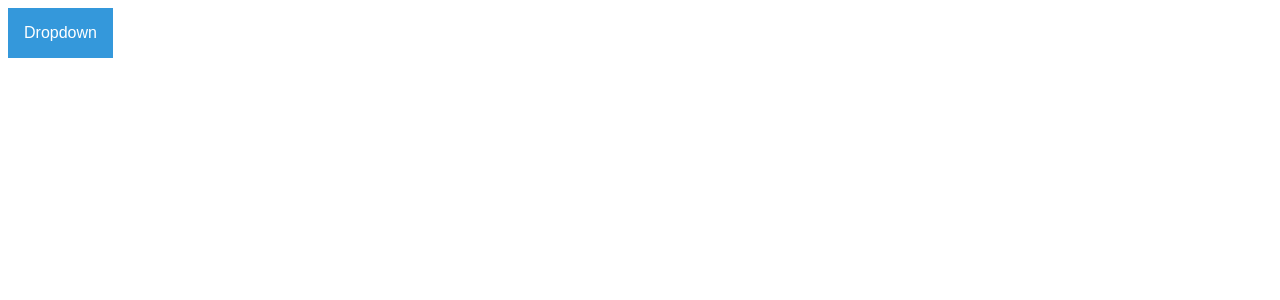
Repository: sabadia/task
Page: dropDown.html
The author's editor kept a copy of each file at every save. The page is drawn from the files as they stood at one save, then again after the next save.
The browser window is 1280 px wide. The pictures show the whole page.

Above is the page before, as saved 2020-04-26 15:22:42.

### dropDown.html
<!DOCTYPE html>
<html>
<head>
<style>
.dropbtn {
  background-color: #3498DB;
  color: white;
  padding: 16px;
  font-size: 16px;
  border: none;
  cursor: pointer;
}



.dropdown {
  position: relative;
  display: inline-block;
}

.dropdown-content {
  display: none;
  position: absolute;
  background-color: #f1f1f1;
  min-width: 160px;
  overflow: auto;
  box-shadow: 0px 8px 16px 0px rgba(0,0,0,0.2);
  z-index: 1;
}

.dropdown-content a {
  color: black;
  padding: 12px 16px;
  text-decoration: none;
  display: block;
}

.dropdown a:hover {background-color: #ddd;}

.show {display: block;}
</style>
</head>
<body>

<div class="dropdown">
  <button onclick="myFunction()" class="dropbtn">Dropdown</button>
  <div id="myDropdown" class="dropdown-content">
    <a href="#home">Home</a>
    <a href="#about">About</a>
    <a href="#contact">Contact</a>
  </div>
</div>

<script>

function myFunction() {
  document.getElementById("myDropdown").classList.toggle("show");
}

window.onclick = function(event) {
  if (!event.target.matches('.dropbtn')) {
    var dropdowns = document.getElementsByClassName("dropdown-content");
    var i;
    for (i = 0; i < dropdowns.length; i++) {
        var openDropdown = dropdowns[i];
        if (openDropdown.classList.contains('show')) {
        openDropdown.classList.remove('show');
        }
    }
  }
}
</script>

</body>
</html>

After the next save:
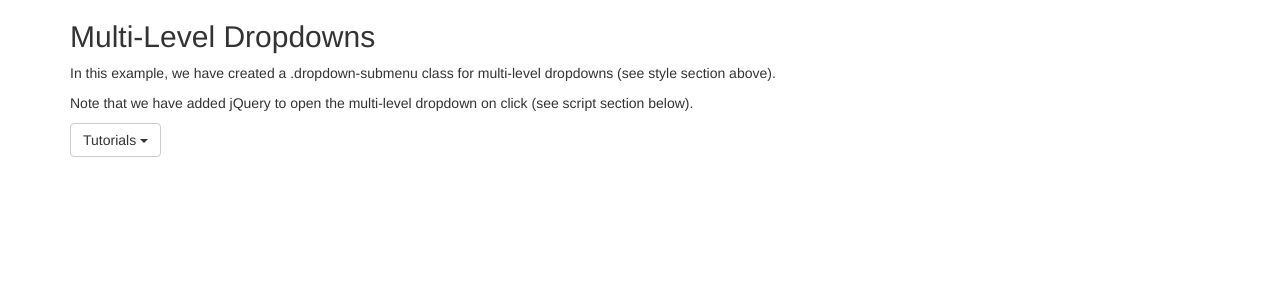
Saved 74 s later.
--- a/dropDown.html
+++ b/dropDown.html
@@ -1,74 +1,60 @@
 <!DOCTYPE html>
 <html>
 <head>
+  <meta name="viewport" content="width=device-width, initial-scale=1">
+  <link rel="stylesheet" href="https://maxcdn.bootstrapcdn.com/bootstrap/3.4.1/css/bootstrap.min.css">
+  <script src="https://ajax.googleapis.com/ajax/libs/jquery/3.4.1/jquery.min.js"></script>
+  <script src="https://maxcdn.bootstrapcdn.com/bootstrap/3.4.1/js/bootstrap.min.js"></script>
 <style>
-.dropbtn {
-  background-color: #3498DB;
-  color: white;
-  padding: 16px;
-  font-size: 16px;
-  border: none;
-  cursor: pointer;
+.dropdown-submenu {
+  position: relative;
 }
 
-
-
-.dropdown {
-  position: relative;
-  display: inline-block;
+.dropdown-submenu .dropdown-menu {
+  top: 0;
+  left: 100%;
+  margin-top: -1px;
 }
-
-.dropdown-content {
-  display: none;
-  position: absolute;
-  background-color: #f1f1f1;
-  min-width: 160px;
-  overflow: auto;
-  box-shadow: 0px 8px 16px 0px rgba(0,0,0,0.2);
-  z-index: 1;
-}
-
-.dropdown-content a {
-  color: black;
-  padding: 12px 16px;
-  text-decoration: none;
-  display: block;
-}
-
-.dropdown a:hover {background-color: #ddd;}
-
-.show {display: block;}
 </style>
 </head>
 <body>
 
-<div class="dropdown">
-  <button onclick="myFunction()" class="dropbtn">Dropdown</button>
-  <div id="myDropdown" class="dropdown-content">
-    <a href="#home">Home</a>
-    <a href="#about">About</a>
-    <a href="#contact">Contact</a>
+<div class="container">
+  <h2>Multi-Level Dropdowns</h2>
+  <p>In this example, we have created a .dropdown-submenu class for multi-level dropdowns (see style section above).</p>
+  <p>Note that we have added jQuery to open the multi-level dropdown on click (see script section below).</p>
+  <div class="dropdown">
+    <button class="btn btn-default dropdown-toggle" type="button" data-toggle="dropdown">Tutorials
+    <span class="caret"></span></button>
+    <ul class="dropdown-menu">
+      <li><a tabindex="-1" href="#">HTML</a></li>
+      <li><a tabindex="-1" href="#">CSS</a></li>
+      <li class="dropdown-submenu">
+        <a class="test" tabindex="-1" href="#">New dropdown <span class="caret"></span></a>
+        <ul class="dropdown-menu">
+          <li><a tabindex="-1" href="#">2nd level dropdown</a></li>
+          <li><a tabindex="-1" href="#">2nd level dropdown</a></li>
+          <li class="dropdown-submenu">
+            <a class="test" href="#">Another dropdown <span class="caret"></span></a>
+            <ul class="dropdown-menu">
+              <li><a href="#">3rd level dropdown</a></li>
+              <li><a href="#">3rd level dropdown</a></li>
+            </ul>
+          </li>
+        </ul>
+      </li>
+    </ul>
   </div>
 </div>
 
 <script>
-
-function myFunction() {
-  document.getElementById("myDropdown").classList.toggle("show");
-}
-
-window.onclick = function(event) {
-  if (!event.target.matches('.dropbtn')) {
-    var dropdowns = document.getElementsByClassName("dropdown-content");
-    var i;
-    for (i = 0; i < dropdowns.length; i++) {
-        var openDropdown = dropdowns[i];
-        if (openDropdown.classList.contains('show')) {
-        openDropdown.classList.remove('show');
-        }
-    }
-  }
-}
+$(document).ready(function(){
+  $('.dropdown-submenu a.test').on("click", function(e){
+    $(this).next('ul').toggle();
+    e.stopPropagation();
+    e.preventDefault();
+  });
+});
 </script>
 
 </body>

After the 3 saves that followed:
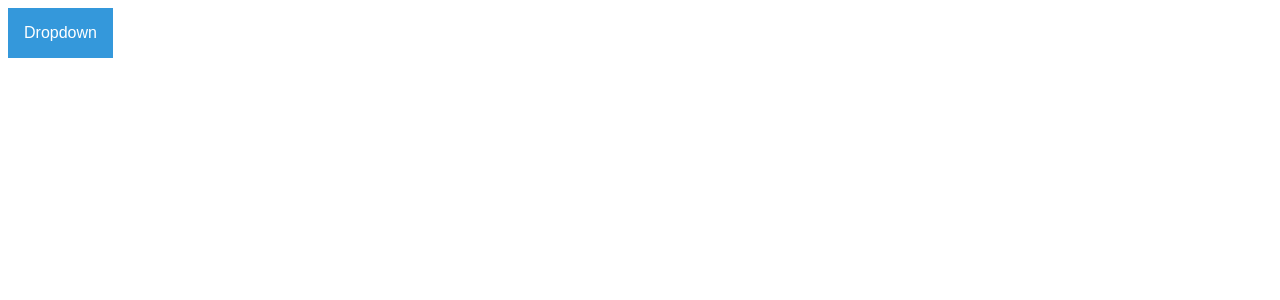
The 3 saves are shown as one change because 2 left the picture as it was.
The last was saved 31 s later.
--- a/dropDown.html
+++ b/dropDown.html
@@ -1,60 +1,75 @@
 <!DOCTYPE html>
 <html>
 <head>
-  <meta name="viewport" content="width=device-width, initial-scale=1">
-  <link rel="stylesheet" href="https://maxcdn.bootstrapcdn.com/bootstrap/3.4.1/css/bootstrap.min.css">
-  <script src="https://ajax.googleapis.com/ajax/libs/jquery/3.4.1/jquery.min.js"></script>
-  <script src="https://maxcdn.bootstrapcdn.com/bootstrap/3.4.1/js/bootstrap.min.js"></script>
 <style>
-.dropdown-submenu {
-  position: relative;
+.dropbtn {
+  background-color: #3498DB;
+  color: white;
+  padding: 16px;
+  font-size: 16px;
+  border: none;
+  cursor: pointer;
 }
 
-.dropdown-submenu .dropdown-menu {
-  top: 0;
-  left: 100%;
-  margin-top: -1px;
+
+
+.dropdown {
+  position: relative;
+  display: inline-block;
 }
+
+.dropdown-content {
+  display: none;
+  position: absolute;
+  background-color: #f1f1f1;
+  min-width: 160px;
+  overflow: auto;
+  box-shadow: 0px 8px 16px 0px rgba(0,0,0,0.2);
+  z-index: 1;
+}
+
+.dropdown-content a {
+  color: black;
+  padding: 12px 16px;
+  text-decoration: none;
+  display: block;
+}
+
+.dropdown a:hover {background-color: #ddd;}
+
+.show {display: block;}
 </style>
 </head>
 <body>
 
-<div class="container">
-  <h2>Multi-Level Dropdowns</h2>
-  <p>In this example, we have created a .dropdown-submenu class for multi-level dropdowns (see style section above).</p>
-  <p>Note that we have added jQuery to open the multi-level dropdown on click (see script section below).</p>
-  <div class="dropdown">
-    <button class="btn btn-default dropdown-toggle" type="button" data-toggle="dropdown">Tutorials
-    <span class="caret"></span></button>
-    <ul class="dropdown-menu">
-      <li><a tabindex="-1" href="#">HTML</a></li>
-      <li><a tabindex="-1" href="#">CSS</a></li>
-      <li class="dropdown-submenu">
-        <a class="test" tabindex="-1" href="#">New dropdown <span class="caret"></span></a>
-        <ul class="dropdown-menu">
-          <li><a tabindex="-1" href="#">2nd level dropdown</a></li>
-          <li><a tabindex="-1" href="#">2nd level dropdown</a></li>
-          <li class="dropdown-submenu">
-            <a class="test" href="#">Another dropdown <span class="caret"></span></a>
-            <ul class="dropdown-menu">
-              <li><a href="#">3rd level dropdown</a></li>
-              <li><a href="#">3rd level dropdown</a></li>
-            </ul>
-          </li>
-        </ul>
-      </li>
-    </ul>
+<div class="dropdown">
+  <button onclick="myFunction()" class="dropbtn">Dropdown</button>
+  <div id="myDropdown" class="dropdown-content">
+    <a href="#home">Home</a>
+    <a href="#about">About</a>
+    <a href="#contact">Contact</a>
   </div>
 </div>
 
 <script>
-$(document).ready(function(){
-  $('.dropdown-submenu a.test').on("click", function(e){
-    $(this).next('ul').toggle();
-    e.stopPropagation();
-    e.preventDefault();
-  });
-});
+
+function myFunction() {
+  document.getElementById("myDropdown").classList.toggle("show");
+}
+
+
+window.onclick = function(event) {
+  if (!event.target.matches('.dropbtn')) {
+    var dropdowns = document.getElementsByClassName("dropdown-content");
+    var i;
+    for (i = 0; i < dropdowns.length; i++) {
+        var openDropdown = dropdowns[i];
+        if (openDropdown.classList.contains('show')) {
+        openDropdown.classList.remove('show');
+        }
+    }
+  }
+}
 </script>
 
 </body>
